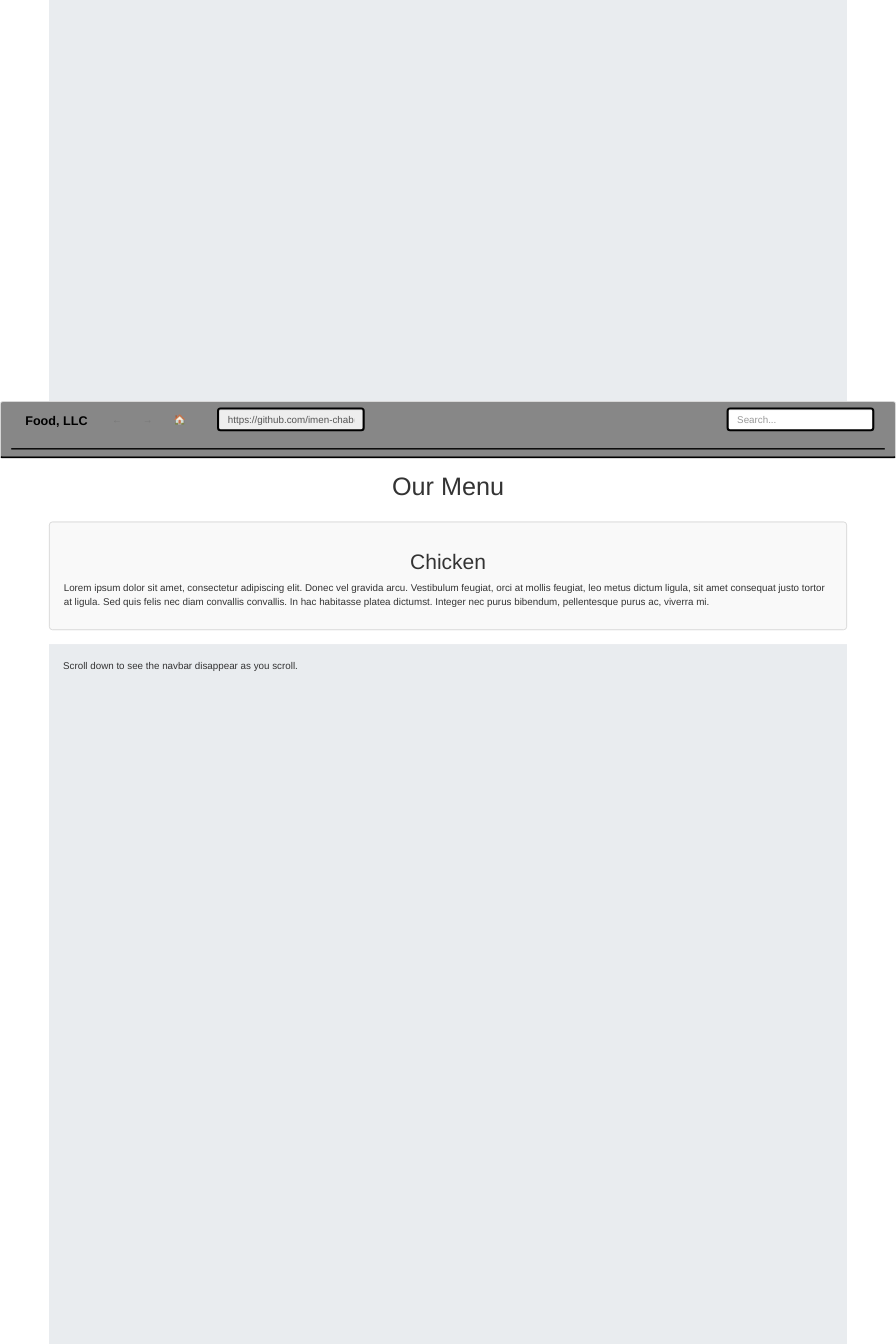
Repository: imen-chabchoub/coursera-test1
Page: mod3-solution/index.html
The author's editor kept a copy of each file at every save. The page is drawn from the files as they stood at one save, then again after the next save.
The browser window is 1280 px wide. The pictures show the part of the page from y = 873 to 2793 px (the page is 2793 px tall before and 1446 px after), at 70% of full size.

Above is the page before, as saved 2025-02-12 15:29:17.

After the next save:
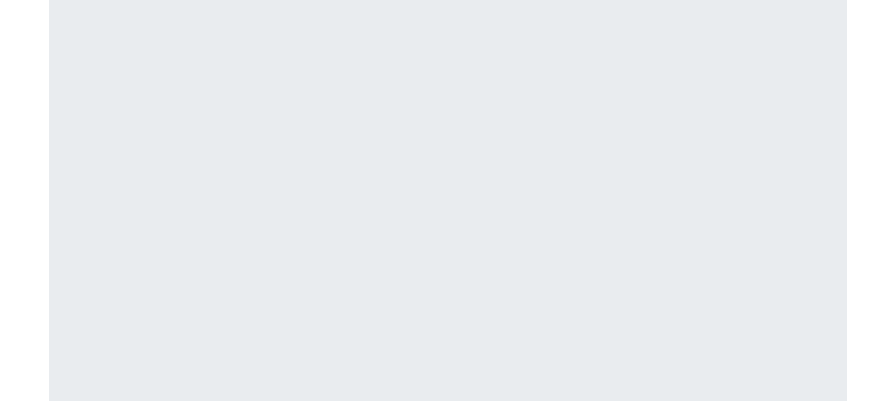
Saved 15 s later.
--- a/mod3-solution/index.html
+++ b/mod3-solution/index.html
@@ -70,75 +70,3 @@
     <script src="https://maxcdn.bootstrapcdn.com/bootstrap/3.3.7/js/bootstrap.min.js"></script>
 </body>
 </html>
-<!DOCTYPE html>
-<html lang="en">
-<head>
-    <meta charset="UTF-8">
-    <meta name="viewport" content="width=device-width, initial-scale=1.0">
-    <title>Food, LLC</title>
-    <link rel="stylesheet" href="https://maxcdn.bootstrapcdn.com/bootstrap/3.3.7/css/bootstrap.min.css">
-    <link rel="stylesheet" href="css/style.css">
-</head>
-<body>
-    <!-- Navbar -->
-    <nav class="navbar navbar-default">
-        <div class="container-fluid">
-            <!-- Brand and toggle get grouped for better mobile display -->
-            <div class="navbar-header">
-                <button type="button" class="navbar-toggle collapsed" data-toggle="collapse" data-target="#navbar-collapse">
-                    <span class="sr-only">Toggle navigation</span>
-                    <span class="icon-bar"></span>
-                    <span class="icon-bar"></span>
-                    <span class="icon-bar"></span>
-                </button>
-                <span class="navbar-brand-text">Food, LLC</span>
-            </div>
-
-            <!-- Collect the nav links, forms, and other content for toggling -->
-            <div class="collapse navbar-collapse" id="navbar-collapse">
-                <ul class="nav navbar-nav visible-xs">
-                    <li><a href="#">Chicken</a></li>
-                    <li><a href="#">Beef</a></li>
-                    <li><a href="#">Sushi</a></li>
-                </ul>
-                <ul class="nav navbar-nav hidden-xs">
-                    <li><a href="#" class="nav-back">←</a></li>
-                    <li><a href="#" class="nav-forward">→</a></li>
-                    <li><a href="#" class="nav-home">🏠</a></li>
-                </ul>
-                <div class="navbar-form navbar-left hidden-xs">
-                    <input type="text" class="form-control nav-url" value="https://github.com/imen-chabchoub/coursera-test/tree/module2-solution" readonly>
-                </div>
-                <div class="navbar-form navbar-right hidden-xs">
-                    <input type="text" class="form-control search" placeholder="Search...">
-                </div>
-            </div><!-- /.navbar-collapse -->
-            <div class="navbar-divider"></div>
-        </div><!-- /.container-fluid -->
-    </nav>
-
-    <!-- Content -->
-    <div class="container">
-        <h1 class="text-center">Our Menu</h1>
-        <div class="row">
-            <div class="col-xs-12">
-                <div class="menu-section">
-                    <h2 class="text-center">Chicken</h2>
-                    <p>Lorem ipsum dolor sit amet, consectetur adipiscing elit. Donec vel gravida arcu. Vestibulum feugiat, orci at mollis feugiat, leo metus dictum ligula, sit amet consequat justo tortor at ligula. Sed quis felis nec diam convallis convallis. In hac habitasse platea dictumst. Integer nec purus bibendum, pellentesque purus ac, viverra mi.</p>
-                </div>
-            </div>
-        </div>
-        <div class="row">
-            <div class="col-xs-12">
-                <div class="tall-section">
-                    <p>Scroll down to see the navbar disappear as you scroll.</p>
-                </div>
-            </div>
-        </div>
-    </div>
-
-
-    <script src="https://ajax.googleapis.com/ajax/libs/jquery/1.12.4/jquery.min.js"></script>
-    <script src="https://maxcdn.bootstrapcdn.com/bootstrap/3.3.7/js/bootstrap.min.js"></script>
-</body>
-</html>

After the save that followed:
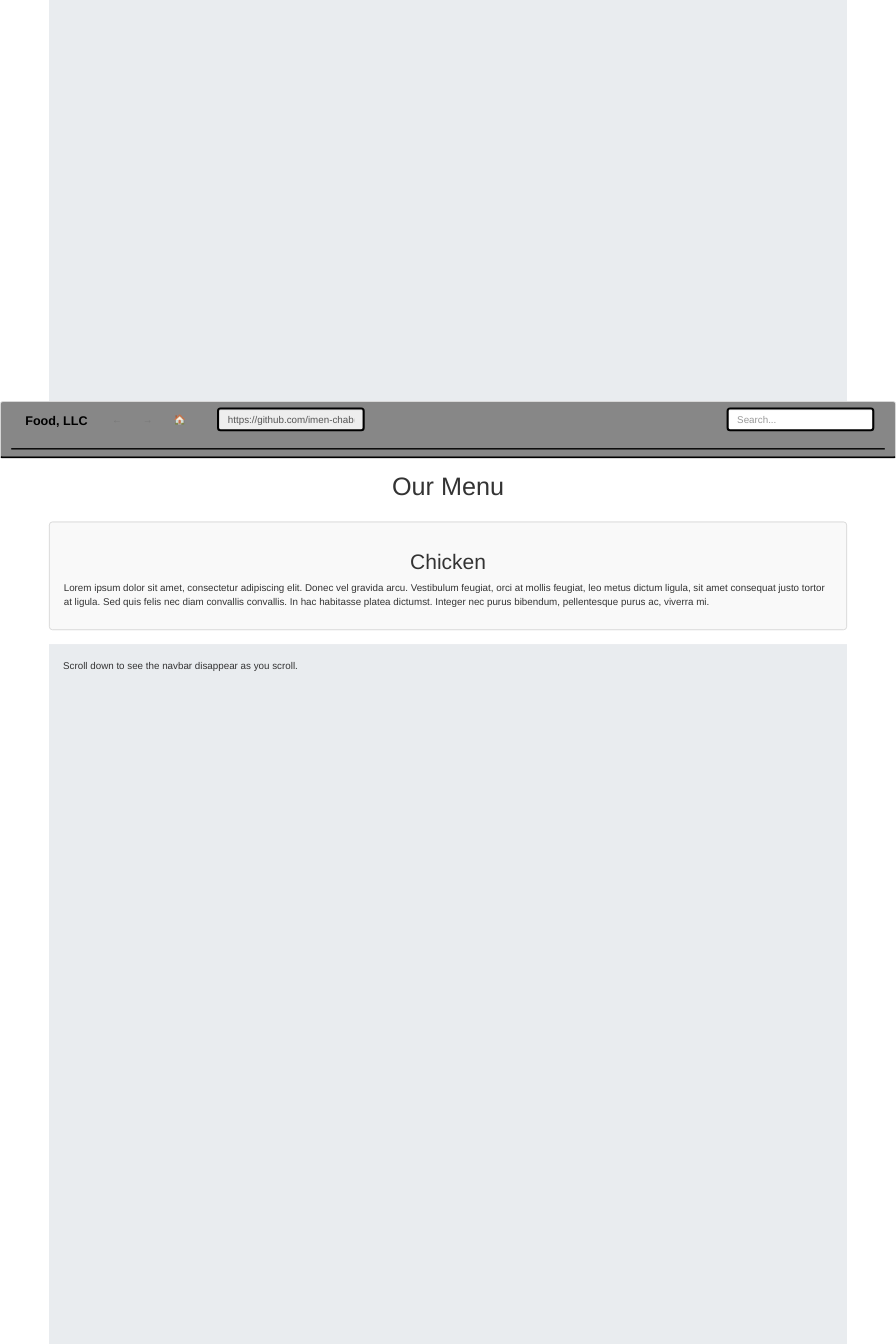
Saved 36 s later.
--- a/mod3-solution/index.html
+++ b/mod3-solution/index.html
@@ -28,7 +28,7 @@
                     <li><a href="#">Beef</a></li>
                     <li><a href="#">Sushi</a></li>
                 </ul>
-                <ul class="nav navbar-nav">
+                <ul class="nav navbar-nav hidden-xs">
                     <li><a href="#" class="nav-back">←</a></li>
                     <li><a href="#" class="nav-forward">→</a></li>
                     <li><a href="#" class="nav-home">🏠</a></li>
@@ -70,3 +70,75 @@
     <script src="https://maxcdn.bootstrapcdn.com/bootstrap/3.3.7/js/bootstrap.min.js"></script>
 </body>
 </html>
+<!DOCTYPE html>
+<html lang="en">
+<head>
+    <meta charset="UTF-8">
+    <meta name="viewport" content="width=device-width, initial-scale=1.0">
+    <title>Food, LLC</title>
+    <link rel="stylesheet" href="https://maxcdn.bootstrapcdn.com/bootstrap/3.3.7/css/bootstrap.min.css">
+    <link rel="stylesheet" href="css/style.css">
+</head>
+<body>
+    <!-- Navbar -->
+    <nav class="navbar navbar-default">
+        <div class="container-fluid">
+            <!-- Brand and toggle get grouped for better mobile display -->
+            <div class="navbar-header">
+                <button type="button" class="navbar-toggle collapsed" data-toggle="collapse" data-target="#navbar-collapse">
+                    <span class="sr-only">Toggle navigation</span>
+                    <span class="icon-bar"></span>
+                    <span class="icon-bar"></span>
+                    <span class="icon-bar"></span>
+                </button>
+                <span class="navbar-brand-text">Food, LLC</span>
+            </div>
+
+            <!-- Collect the nav links, forms, and other content for toggling -->
+            <div class="collapse navbar-collapse" id="navbar-collapse">
+                <ul class="nav navbar-nav visible-xs">
+                    <li><a href="#">Chicken</a></li>
+                    <li><a href="#">Beef</a></li>
+                    <li><a href="#">Sushi</a></li>
+                </ul>
+                <ul class="nav navbar-nav hidden-xs">
+                    <li><a href="#" class="nav-back">←</a></li>
+                    <li><a href="#" class="nav-forward">→</a></li>
+                    <li><a href="#" class="nav-home">🏠</a></li>
+                </ul>
+                <div class="navbar-form navbar-left hidden-xs">
+                    <input type="text" class="form-control nav-url" value="https://github.com/imen-chabchoub/coursera-test/tree/module2-solution" readonly>
+                </div>
+                <div class="navbar-form navbar-right hidden-xs">
+                    <input type="text" class="form-control search" placeholder="Search...">
+                </div>
+            </div><!-- /.navbar-collapse -->
+            <div class="navbar-divider"></div>
+        </div><!-- /.container-fluid -->
+    </nav>
+
+    <!-- Content -->
+    <div class="container">
+        <h1 class="text-center">Our Menu</h1>
+        <div class="row">
+            <div class="col-xs-12">
+                <div class="menu-section">
+                    <h2 class="text-center">Chicken</h2>
+                    <p>Lorem ipsum dolor sit amet, consectetur adipiscing elit. Donec vel gravida arcu. Vestibulum feugiat, orci at mollis feugiat, leo metus dictum ligula, sit amet consequat justo tortor at ligula. Sed quis felis nec diam convallis convallis. In hac habitasse platea dictumst. Integer nec purus bibendum, pellentesque purus ac, viverra mi.</p>
+                </div>
+            </div>
+        </div>
+        <div class="row">
+            <div class="col-xs-12">
+                <div class="tall-section">
+                    <p>Scroll down to see the navbar disappear as you scroll.</p>
+                </div>
+            </div>
+        </div>
+    </div>
+
+
+    <script src="https://ajax.googleapis.com/ajax/libs/jquery/1.12.4/jquery.min.js"></script>
+    <script src="https://maxcdn.bootstrapcdn.com/bootstrap/3.3.7/js/bootstrap.min.js"></script>
+</body>
+</html>
